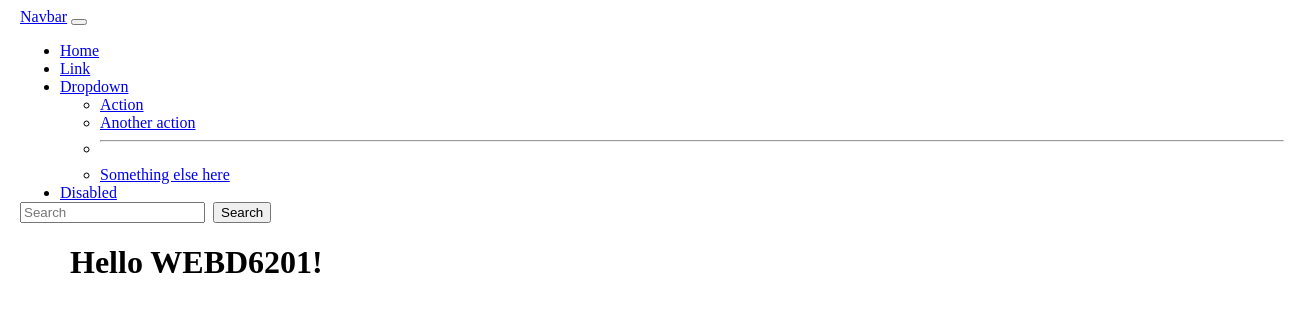
Repository: GarlicButterBoy/WEBD6201-Week1
Page: index.html
These files come from the project's save history. The page is drawn as it stood at one moment and after a run of saves; the edit follows.
The browser window is 1280 px wide. The page is 1296 px wide, so the pictures cover 1296 px, including what lies to the right of the window. The pictures show the whole page.

Above is the page before, as saved 2021-01-14 09:17:41.

After the next 3 saves:
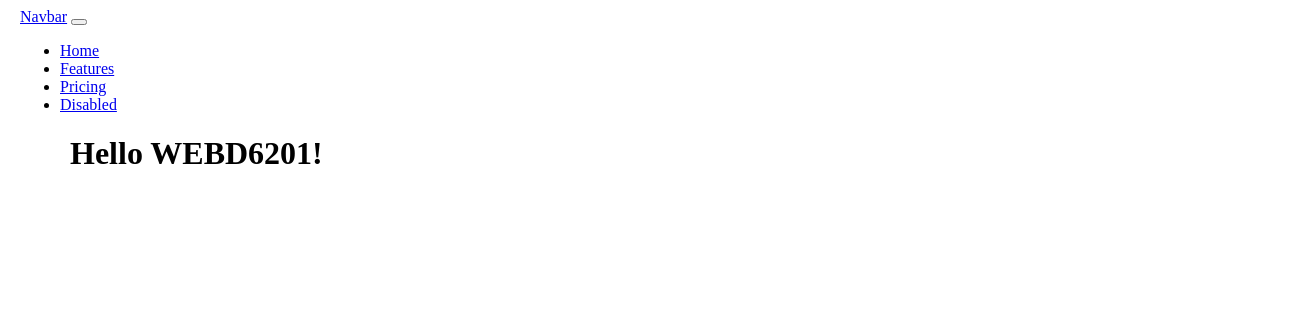
The 3 saves are shown as one change because they came seconds apart.
The last was saved 34 s later.
--- a/index.html
+++ b/index.html
@@ -15,36 +15,24 @@
     <nav class="navbar navbar-expand-lg navbar-light bg-light">
         <div class="container-fluid">
           <a class="navbar-brand" href="#">Navbar</a>
-          <button class="navbar-toggler" type="button" data-bs-toggle="collapse" data-bs-target="#navbarSupportedContent" aria-controls="navbarSupportedContent" aria-expanded="false" aria-label="Toggle navigation">
+          <button class="navbar-toggler" type="button" data-bs-toggle="collapse" data-bs-target="#navbarNav" aria-controls="navbarNav" aria-expanded="false" aria-label="Toggle navigation">
             <span class="navbar-toggler-icon"></span>
           </button>
-          <div class="collapse navbar-collapse" id="navbarSupportedContent">
-            <ul class="navbar-nav me-auto mb-2 mb-lg-0">
+          <div class="collapse navbar-collapse" id="navbarNav">
+            <ul class="navbar-nav">
               <li class="nav-item">
                 <a class="nav-link active" aria-current="page" href="#">Home</a>
               </li>
               <li class="nav-item">
-                <a class="nav-link" href="#">Link</a>
+                <a class="nav-link" href="#">Features</a>
               </li>
-              <li class="nav-item dropdown">
-                <a class="nav-link dropdown-toggle" href="#" id="navbarDropdown" role="button" data-bs-toggle="dropdown" aria-expanded="false">
-                  Dropdown
-                </a>
-                <ul class="dropdown-menu" aria-labelledby="navbarDropdown">
-                  <li><a class="dropdown-item" href="#">Action</a></li>
-                  <li><a class="dropdown-item" href="#">Another action</a></li>
-                  <li><hr class="dropdown-divider"></li>
-                  <li><a class="dropdown-item" href="#">Something else here</a></li>
-                </ul>
+              <li class="nav-item">
+                <a class="nav-link" href="#">Pricing</a>
               </li>
               <li class="nav-item">
                 <a class="nav-link disabled" href="#" tabindex="-1" aria-disabled="true">Disabled</a>
               </li>
             </ul>
-            <form class="d-flex">
-              <input class="form-control me-2" type="search" placeholder="Search" aria-label="Search">
-              <button class="btn btn-outline-success" type="submit">Search</button>
-            </form>
           </div>
         </div>
       </nav>
